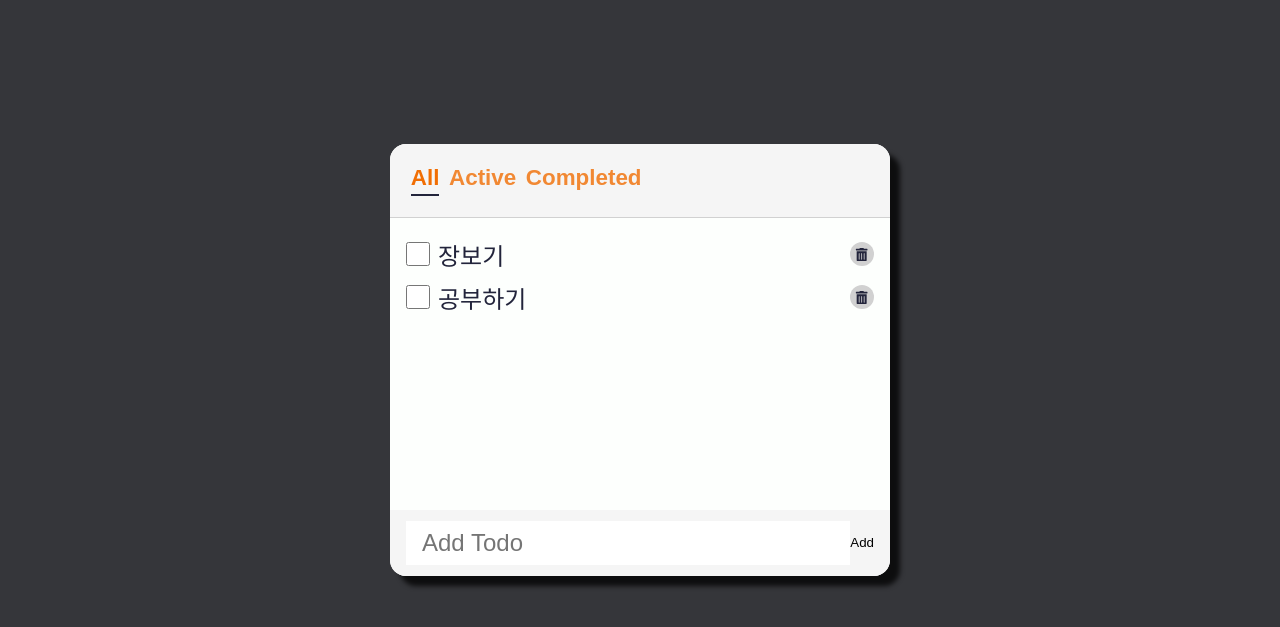
Repository: MrJinkyu/TodoList
Page: /
These files come from the project's save history. The page is drawn as it stood at one moment and after the next save; the edit follows.
The browser window is 1280 px wide. The pictures show the whole page.
The project was rebuilt for these pictures with package versions that can differ from the ones it lists, and the page was loaded fresh each time.

Above is the page before, as saved 2023-05-01 14:57:41.

### src/index.css
:root{
  --color-body: #35363A;
  --color-bg-dark:#f5f5f5;
  --color-bg: #fdfffd;
  --color-grey: #d1d1d1;
  --color-text: #22243b;
  --color-accent: #f16e03;
  --color-white: white;
  --color-scrollbar: #aaa7a7;
}

*{
  box-sizing: border-box;
  padding: 0;
  margin: 0;
}

button{
  border: none;
  outline: none;
  cursor: pointer;
  background-color: transparent;
}

ul,li{
  list-style: none;
}

body {
  margin: 0;
  font-family: -apple-system, BlinkMacSystemFont, 'Segoe UI', 'Roboto', 'Oxygen',
    'Ubuntu', 'Cantarell', 'Fira Sans', 'Droid Sans', 'Helvetica Neue',
    sans-serif;
  -webkit-font-smoothing: antialiased;
  -moz-osx-font-smoothing: grayscale;
  width: 100vw;
  height: 100vh;
  display: flex;
  justify-content: center;
  align-items: center;
  background-color: var(--color-body);
  font-size: 1.2rem;
  accent-color: var(--color-accent);
}

#root{
  overflow: hidden;
  display: flex;
  flex-direction: column;
  width: 100%;
  height: 60%;
  max-width: 500px;
  background-color: var(--color-bg);
  border-radius: 1rem;
  box-shadow: 10px 10px 5px 0px rgba(0,0,0,0.75);
-webkit-box-shadow: 10px 10px 5px 0px rgba(0,0,0,0.75);
-moz-box-shadow: 10px 10px 5px 0px rgba(0,0,0,0.75);
}

code {
  font-family: source-code-pro, Menlo, Monaco, Consolas, 'Courier New',
    monospace;
}

### src/App.js
import { useState } from "react";
import TodoList from "./components/TodoList";
import Header from "./components/Header";

const filters = ['all', 'active', 'completed'];
function App() {
  const [filter, setFilter] = useState(filters[0]);
  return (
    <>
      <Header filters={filters} filter={filter} onFilterChange={setFilter}/>
      <TodoList filter={filter}/>
    </>
  );
}

export default App;

### src/components/TodoList.jsx
import React, { useState } from 'react';
import {v4 as uuidv4} from 'uuid';
import AddTodo from './AddTodo';
import Todo from './Todo';
import styles from './TodoList.module.css';

export default function TodoList({filter}) {
    const [todos, setTodos] = useState([
        { id: uuidv4(), text: '장보기', status: 'active' },
        { id: uuidv4(), text: '공부하기', status: 'active' }
    ]);
    const handleAdd = (todo) => {
        setTodos([...todos, todo]);
    }
    const handleUpdate = (updated) => {
        setTodos(todos.map((todo) => todo.id === updated.id ? updated : todo));
    }
    const handleDelete = (deleted) => {
        setTodos(todos.filter((todo) => todo.id !== deleted.id));
    }
    const filtered = getFilteredItems(todos, filter);
    return (
        <section className={styles.container}>
            <ul className={styles.list}>
                {filtered.map((item) => (
                    <Todo
                        key={item.id}
                        todo={item}
                        onUpdate={handleUpdate}
                        onDelete={handleDelete}
                    />
                ))}
            </ul>
            <AddTodo onAdd={handleAdd}/>
        </section>
    );
}

function getFilteredItems(todos, filter){
    if(filter === 'all'){
        return todos;
    }
    return todos.filter((todo) => todo.status === filter);
}

### src/components/Header.jsx
import React from 'react';
import styles from './Header.module.css';

export default function Header({filters, filter, onFilterChange}) {
    return (
        <header className={styles.header}>
            <ul className={styles.filters}>
                {filters.map((value,index) => (
                    <li key={index}>
                        <button
                            onClick={() => onFilterChange(value)}
                            className={`${styles.filter} ${filter === value && styles.selected}`}
                        >
                            {value}
                        </button>
                    </li>
                ))}
            </ul>
        </header>
    );
}

### src/components/AddTodo.jsx
import React, { useState } from 'react';
import {v4 as uuidv4} from 'uuid';
import styles from './AddTodo.module.css';

export default function AddTodo({onAdd}) {
    const [text, setText] = useState('');
    const handleChange = (e) => {
        setText(e.target.value);
    }
    const handleSubmit = (e) => {
        e.preventDefault();
        if(text.trim().length === 0){
            return ;
        }
        onAdd({ id: uuidv4(), text, status: 'active' });
        setText('');
    }
    return (
        <form className={styles.form} onSubmit={handleSubmit}>
            <input
                className={styles.input}
                type="text"
                value={text}
                onChange={handleChange}
                placeholder='Add Todo'
            />
            <button className={styles.button}>Add</button>
        </form>
    );
}

### src/components/Todo.jsx
import React from 'react';
import { FaTrashAlt } from 'react-icons/fa';
import styles from './Todo.module.css';

export default function Todo({todo, onUpdate, onDelete}) {
    const { id, text, status } = todo;
    const handleChange = (e) => {
        const status = e.target.checked ? 'completed' : 'active';
        onUpdate({...todo, status});
    }
    return (
        <li className={styles.todo}>
            <input
                className={styles.checkbox}
                type="checkbox"
                name="checkbox"
                id={id}
                checked={status === 'completed'}
                onChange={handleChange}
            />
            <label className={styles.text} htmlFor={id}>{text}</label>
            <span className={styles.icon}>
                <button className={styles.button} onClick={() => onDelete(todo)}>
                    <FaTrashAlt/>
                </button>
            </span>
        </li>
    );
}

### src/components/TodoList.module.css
.container{
    height: 100%;
    display: flex;
    flex-direction: column;
}

.list{
    flex: 1 1 auto;
    padding: 0.7rem 1rem;
}

### src/components/Header.module.css
.header{
    background-color: var(--color-bg-dark);
    display: flex;
    justify-content: space-between;
    align-items: center;
    padding: 1rem;
    border-bottom: 1px solid var(--color-grey);
}

.filters{
    display: flex;
}

.filter{
    margin: 0.3rem;
    font-size: 1.4rem;
    color: var(--color-accent);
    font-weight: bold;
    opacity: 0.8;
    text-transform: capitalize;
}

.filter:hover,
.filter.selected{
    opacity: 1;
}

.filter.selected::after{
    content: '';
    display: block;
    margin-top: 0.2rem;
    border: 1px solid var(--color-text);
}

### src/components/AddTodo.module.css
.form{
    width: 100%;
    display: flex;
    padding: 0.7rem 1rem;
    background-color: var(--color-bg-dark);
}

.input{
    font-size: 1.5rem;
    border: none;
    outline: none;
    padding: 0.5rem 1rem;
    flex: 1 0 auto;
}

.button{

}

### src/components/Todo.module.css
.todo{
    display: flex;
    justify-content: space-between;
    align-items: center;
    margin-top: 0.5rem;
}

.checkbox{
    width: 1.5rem;
    height: 1.5rem;
}

.text{
    flex: 1 1 0%;
    margin-left: 0.5rem;
    font-size: 1.5rem;
    color: var(--color-text);
}

.icon{
    width: 1.5rem;
    height: 1.5rem;
    border-radius: 50%;
    background-color: var(--color-grey);
    text-align: center;
    transition: all 150ms ease-out;
}

.icon:hover{
    transform: rotate(15deg) scale(1.2);
    background-color: var(--color-accent);
}

.button{
    color: var(--color-text);
}

Loaded but not shown: public/index.html (common file); src/index.js (common file); src/reportWebVitals.js (common file)

After the next save:
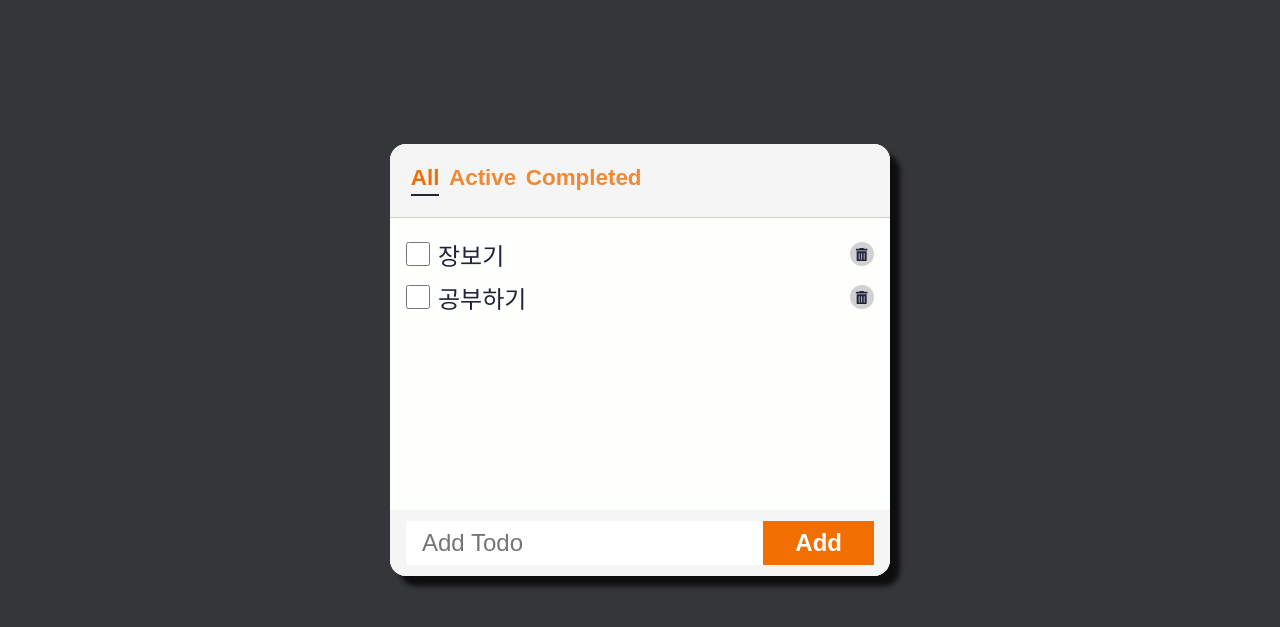
Saved 47 s later.
--- a/src/components/AddTodo.module.css
+++ b/src/components/AddTodo.module.css
@@ -14,5 +14,9 @@
 }
 
 .button{
-
+    padding: 0 2rem;
+    font-size: 1.5rem;
+    font-weight: bold;
+    background-color: var(--color-accent);
+    color: var(--color-white);
 }
